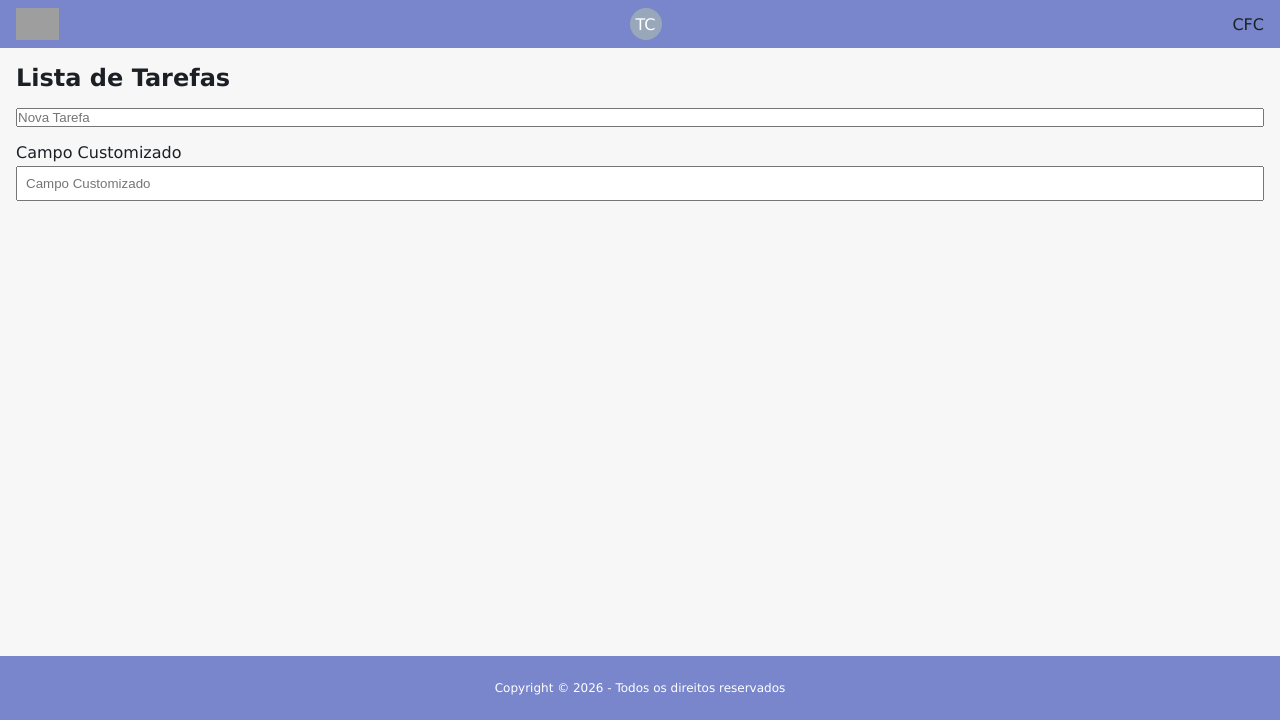
Repository: cristianfabiano/aulas-aplicativo-pwa
Page: /lista-tarefas
These files come from the project's save history. The page is drawn as it stood at one moment and after a run of saves; the edit follows.
The browser window is 1280 px wide. The pictures show the whole page.
Pictures or frames that could not be fetched are drawn as grey boxes. The project was rebuilt for these pictures with package versions that can differ from the ones it lists, and the page was loaded fresh each time. Also part of the build but not shown: vite.config.js, src/componentes/BotaoCustomizado/BotaoCustomizado.css, src/componentes/BotaoCustomizado/BotaoCustomizado.jsx, src/paginas/PaginaInicial/PaginaInicial.jsx, src/paginas/ListaProdutos/ListaProdutos.css, src/paginas/ListaProdutos/ItemProduto.css, src/paginas/ListaProdutos/ItemProduto.jsx, src/paginas/ListaProdutos/ListaProduto.jsx.

Above is the page before, as saved 2026-03-25 19:46:17.

### index.html
<!doctype html>
<html lang="en">
  <head>
    <meta charset="UTF-8" />
    <link rel="icon" type="image/svg+xml" href="/vite.svg" />
    <meta name="viewport" content="width=device-width, initial-scale=1.0" />
    <title>aulas-aplicativo-pwa</title>
  </head>
  <body>
    <div id="root"></div>
    <script type="module" src="/src/main.jsx"></script>
  </body>
</html>

### src/main.jsx
import { StrictMode } from 'react'
import { createRoot } from 'react-dom/client'
import './index.css'
import App from './App'

createRoot(document.getElementById('root')).render(
    <App />,
)

### src/index.css
* {
  margin: 0;
  padding: 0;
  box-sizing: border-box;
}

html,
body {
  height: 100%;
  background-color: var(--cor-fundo-padrao);
  font-family: Verdana, Geneva, Tahoma, sans-serif;
  color: var(--cor-texto-padrao)
}

#root {
  height: 100%;
  display: grid;
  grid-template-rows: 48px 1fr 64px;
}

:root {
 --cor-primaria-clara: #7986cb;
 --cor-primaria: #3f50b5;
 --cor-primaria-escura: #303f9f;

 --cor-secundaria-clara: #ffab40;
 --cor-secundaria: #ff9100;
 --cor-secundaria-escura: #ff6d00;

 --cor-fundo-padrao: #f7f7f7;

 --cor-texto-padrao: #1c2025;
 --cor-texto-claro: #fff;

 --cor-info: #0288d1;
 --cor-sucesso: #1aa251;
 --cor-aviso: #dea500;
 --cor-erro: #eb0014;

 --cor-cinza: #99a7bb;
}

### src/App.jsx
// import de biblioteca externa, instaladas via npm
import { createBrowserRouter, RouterProvider } from 'react-router-dom';

import "./App.css";
// import de componentes
import Cabecalho from "./componentes/Cabecalho/Cabecalho";
import Rodape from "./componentes/Rodape/Rodape";
import PaginaInicial from "./paginas/PaginaInicial/PaginaInicial";
import ListaProdutos from './paginas/ListaProdutos/ListaProduto';
import ListaTarefas from "./paginas/ListaTarefas/ListaTarefa";

const roteador = createBrowserRouter([
 {
   path:"" ,
   element: <PaginaInicial/>,
 },
 {
        path: 'lista-produtos',
        element: <ListaProdutos />,
 },
 {
  path: 'lista-tarefas',
        element: <ListaTarefas />,
 },
 {
    path:"*" ,
   element: <h3>Página não encontrada !!!</h3>
 }
]);


function App() {
  return (
    <>
      <Cabecalho />
      <RouterProvider router={roteador} />
      <Rodape />
    </>
  );
}

export default App;

### src/componentes/Cabecalho/Cabecalho.jsx
import Avatar from "../Avatar/Avatar";
import "./Cabecalho.css";

function Cabecalho() {
  return (
    <header className="cabecalho__root">
      <img src="/logo.png" height="32" alt="Logo" />
      <div className="cabecalho__avatar">TC</div>
      <Avatar nome="Cristian Fabiano Campigotto"/>
    </header>
  );
}

export default Cabecalho;

### src/componentes/Rodape/Rodape.jsx
import "./Rodape.css";

function Rodape() {
  const anoAtual = new Date().getFullYear();

  return (
    <footer className="rodape__root">
      Copyright © {anoAtual} - Todos os direitos reservados
    </footer>
  );
}

export default Rodape;

### src/paginas/ListaTarefas/ListaTarefa.jsx
import { useState } from "react";
import Principal from "../../componentes/Principal/Principal";
import CampoCustomizado from "../../componentes/CampoCustomizado/CampoCustomizado";

function ListaTarefas() {
    const [novaTarefa, setNovaTarefa] = useState("");

    return (
        <Principal>
            <h2>Lista de Tarefas</h2>

            <input type="text"
                placeholder="Nova Tarefa"
                value={novaTarefa}
                onChange={(event) => setNovaTarefa(event.target.value)}
            />

            <CampoCustomizado
                type="text"
                placeholder="Nova Tarefa"
                value={novaTarefa}
                onChange={(event) => setNovaTarefa(event.target.value)} />
        </Principal>
    );
}
export default ListaTarefas;

### src/componentes/Avatar/Avatar.jsx
import "./Avatar.css";

const Avatar = ({ nome }) => {
    const primeiraLetra = nome.split(" ").map(item => item[0]).join("").toUpperCase();
    return <div className="avatar_root">{primeiraLetra}</div>;
};

export default Avatar;

### src/componentes/Cabecalho/Cabecalho.css
.cabecalho__root {
  background-color: var(--cor-primaria-clara);
  display: flex;
  justify-content: space-between;
  align-items: center;
  padding: 0 16px;
}

.cabecalho__avatar {
  background-color: var(--cor-cinza);
  width: 32px;
  height: 32px;
  border-radius: 50%;
  display: grid;
  place-content: center;
  color: var(--cor-texto-claro);
}

### src/componentes/Rodape/Rodape.css
.rodape__root {
  background-color: var(--cor-primaria-clara);
  font-size: 12px;
  display: flex;
  justify-content: center;
  align-items: center;
  color: var(--cor-texto-claro)
}

### src/componentes/Principal/Principal.jsx
import "./Principal.css";

function Principal({ children }) {
  return <main className="principal__root">{children}</main>;
}

export default Principal;

### src/componentes/CampoCustomizado/CampoCustomizado.jsx
import "./CampoCustomizado.css";

function CampoCustomizado({label, ...props}) {
    return (
        <div className="campo-customizado__root">
            <label>Campo Customizado</label>
            <input className="campo-customizado__input"{...props} type="text" placeholder="Campo Customizado" />
        </div>
    );
}

export default CampoCustomizado;

### src/componentes/Avatar/Avatar.css
.cabecalho__avatar {
  background-color: var(--cor-cinza);
  width: 32px;
  height: 32px;
  border-radius: 50%;
  display: grid;
  place-content: center;
  color: var(--cor-texto-claro);
}

### src/componentes/Principal/Principal.css
.principal__root{
    padding: 16px;
    display: flex;
    flex-direction: column;
    gap: 16px;
}

### src/componentes/CampoCustomizado/CampoCustomizado.css
.campo-customizado__root{
    display: flex;
    flex-direction: column;
    gap: 4px; place

}

.campo-customizado__input{
    width: 100%;
    padding: 8px;
}

Loaded but not shown: src/App.css (no stored copy; drawn as an empty file); src/paginas/PaginaInicial/PaginaInicial.css (no stored copy; drawn as an empty file)

After the next 2 saves:
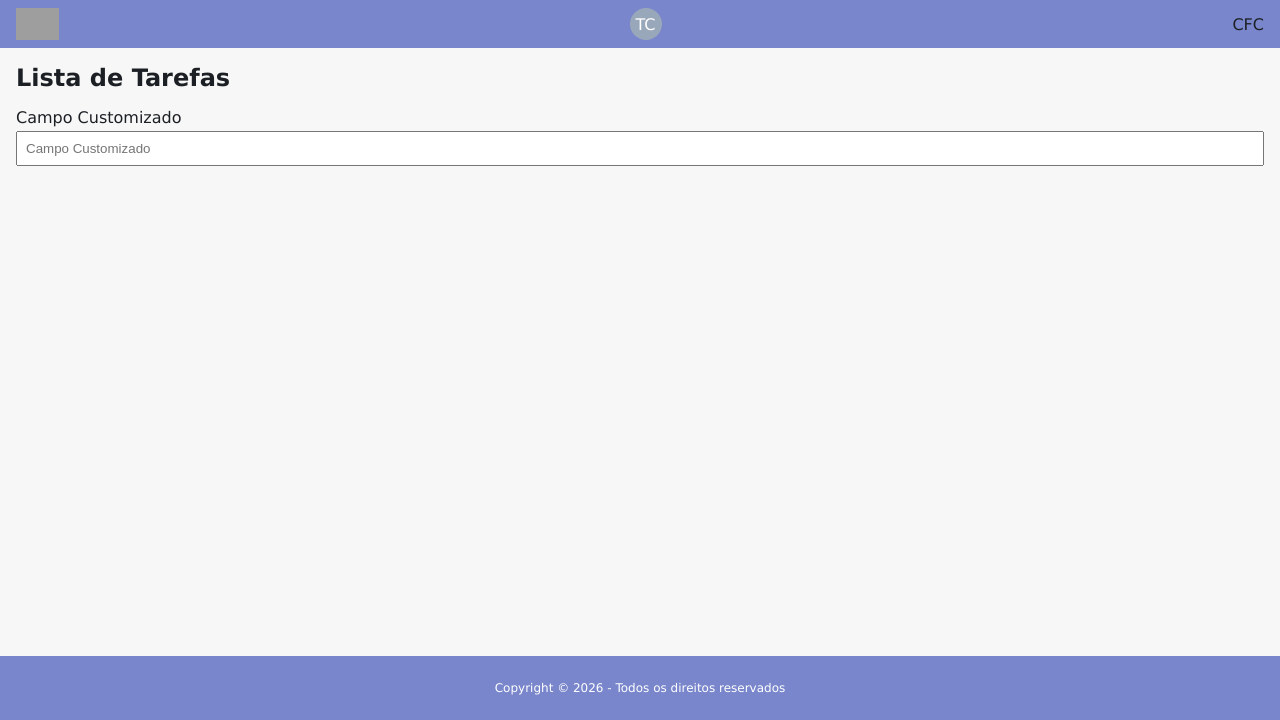
The 2 saves are shown as one change because they came seconds apart.
The last was saved 30 s later.
--- a/src/paginas/ListaTarefas/ListaTarefa.jsx
+++ b/src/paginas/ListaTarefas/ListaTarefa.jsx
@@ -9,11 +9,6 @@ function ListaTarefas() {
         <Principal>
             <h2>Lista de Tarefas</h2>
 
-            <input type="text"
-                placeholder="Nova Tarefa"
-                value={novaTarefa}
-                onChange={(event) => setNovaTarefa(event.target.value)}
-            />
 
             <CampoCustomizado
                 type="text"
